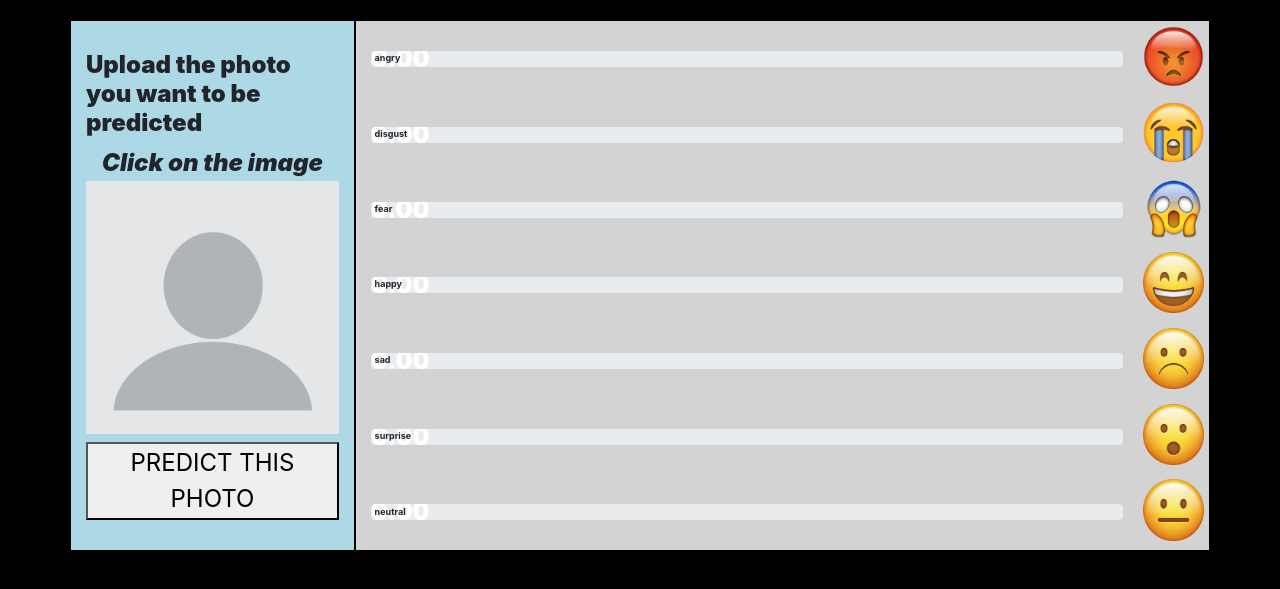
Repository: Jermaniac/TrabajoFinGradoGerman
Page: / (app in webprojectREACT/webexpresssionproject/)
The author's editor kept a copy of each file at every save. The page is drawn from the files as they stood at one save, then again after the next save.
The browser window is 1280 px wide. The pictures show the whole page.
The project was rebuilt for these pictures with package versions that can differ from the ones it lists, and the page was loaded fresh each time.

Above is the page before, as saved 2021-05-05 13:15:27.

After the next save:
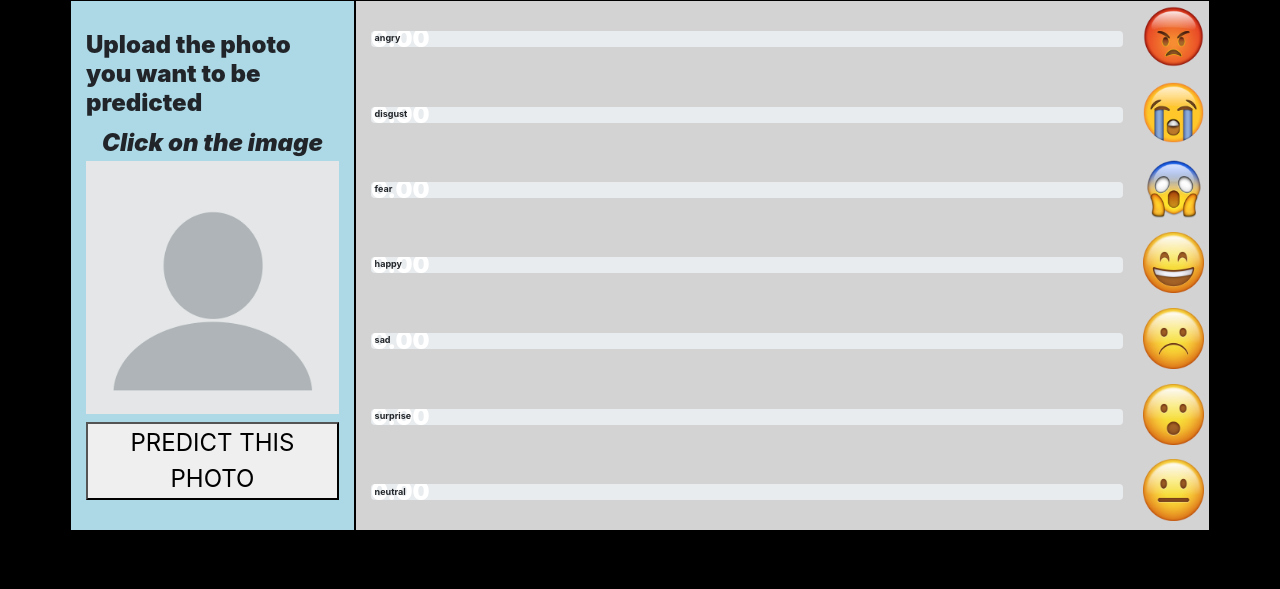
Saved 59 s later.
--- a/webprojectREACT/webexpresssionproject/src/components/App.jsx
+++ b/webprojectREACT/webexpresssionproject/src/components/App.jsx
@@ -2,7 +2,6 @@
 
 import InfoExpressions from './InfoComponent'
 
-import '../styles/App.css'
 import { changeExpressions, changePhoto } from '../redux/actionCreators';
 
 import { connect } from 'react-redux'

After the save that followed:
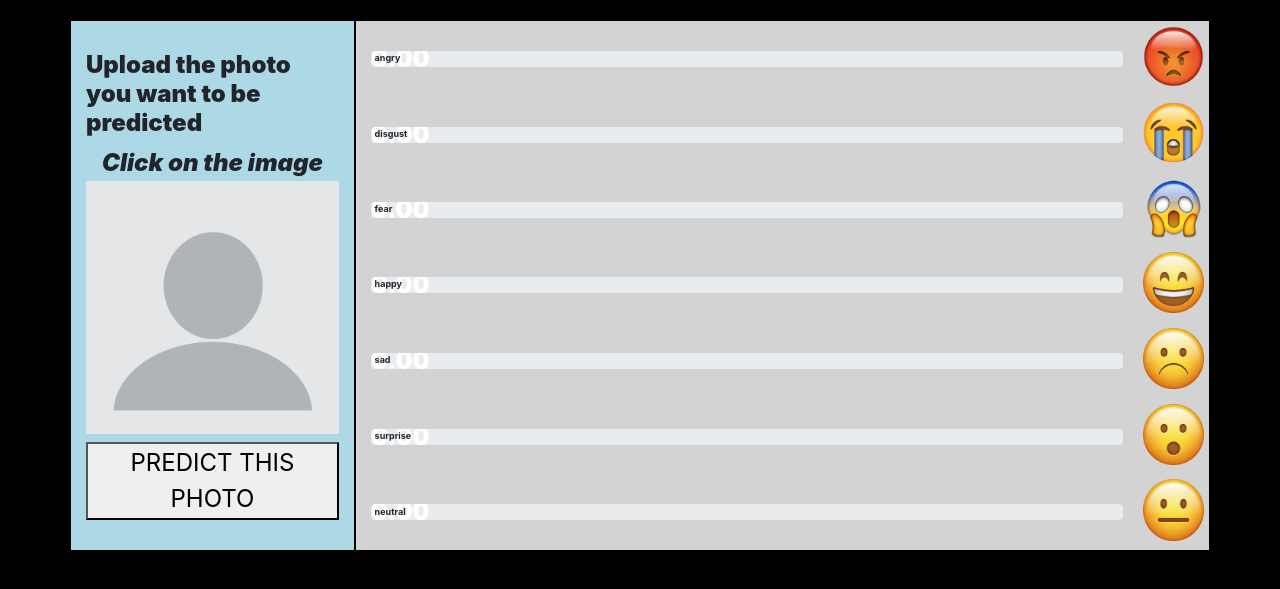
Saved 5 s later.
--- a/webprojectREACT/webexpresssionproject/src/components/App.jsx
+++ b/webprojectREACT/webexpresssionproject/src/components/App.jsx
@@ -2,6 +2,7 @@
 
 import InfoExpressions from './InfoComponent'
 
+import '../styles/App.css'
 import { changeExpressions, changePhoto } from '../redux/actionCreators';
 
 import { connect } from 'react-redux'
